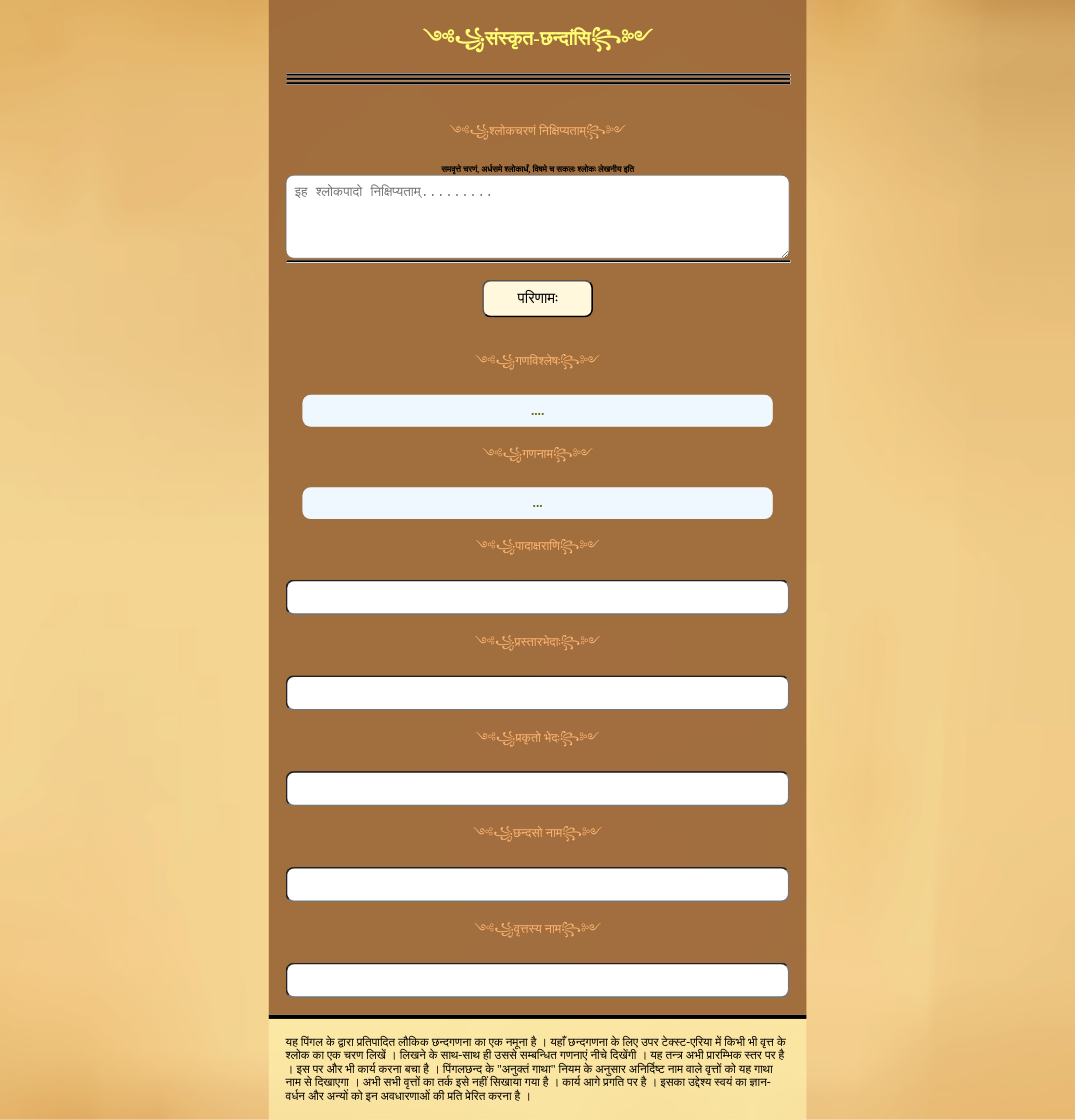
Repository: arshavak/pingala_chhand_shastram
Page: index.html
These files come from the project's save history. The page is drawn as it stood at one moment and after the next save; the edit follows.
The browser window is 1280 px wide. The pictures show the whole page, at 84% of full size.

Above is the page before, as saved 2024-10-20 17:05:30.

### index.html

<head>
<title>संस्कृत-छन्दांसि</title>
<meta name="viewport" content="width=device-width, initial-scale=1.0">

<link rel="stylesheet"  href="style.css">

</head>
<body>
<div class="contaner" id="contaner">

<h3>༺꧁संस्कृत-छन्दांसि꧂༻
</h3>
<hr><hr><hr><br>
<label for="h3">༺꧁श्लोकचरणं निक्षिप्यताम्꧂༻</label>
<b id="note">समवृत्ते चरणं, अर्धसमे श्लोकार्धं, विषमे च सकलः श्लोकः लेखनीय इति</b>
<textarea placeholder="इह श्लोकपादो निक्षिप्यताम्.........
" id="inp" onkeyup="lagabodhakam();"></textarea>
<hr>
<button id="btn" onclick="lagabodhakam()">परिणामः</button>
<label>༺꧁गणविश्लेषः꧂༻</label>
<h4 id="SI_vichched">....</h4>
<h4 id="falani"></h4>
<label>༺꧁गणनाम꧂༻</label>
<h4 id="fl">...</h4>
<label>༺꧁पादाक्षराणि꧂༻</label>
<input id="padaksharani" type="number"  readonly="" title="number"/>
<label>༺꧁प्रस्तारभेदाः꧂༻</label>
<input id="prastarabhedah" type="number" readonly="" title="number"/>
<label>༺꧁प्रकृतो भेदः꧂༻</label>
<input id="prakritobhedah" type="number" readonly="" title="number"/>
<label>༺꧁छन्दसो नाम꧂༻</label>
<input id="chhandasonama" type="text" readonly="" title="number"/>

<label>༺꧁वृत्तस्य नाम꧂༻</label>
<input id="vname" type="text" readonly="" title="number"/>
<span id="ktmtest"></span>

</div>

<div class="vivaran">

 <p>
     यह पिंगल के द्वारा प्रतिपादित लौकिक छन्दगणना का एक नमूना है ।
     यहाँ छन्दगणना के लिए उपर टेक्स्ट-एरिया में किभी भी वृत्त के  श्लोक का एक चरण लिखें । लिखने के साथ-साथ ही उससे सम्बन्धित गणनाएं नीचे  दिखेंगी । यह तन्त्र अभी प्रारम्भिक स्तर पर है । इस पर और भी कार्य करना बचा है । पिंगलछन्द के "अनुक्तं गाथा" नियम के अनुसार अनिर्दिष्ट नाम वाले वृत्तों  को यह गाथा नाम से दिखाएगा । अभी सभी वृत्तों का तर्क इसे नहीं सिखाया गया है । कार्य आगे प्रगति पर है । इसका उद्देश्य स्वयं का ज्ञान-वर्धन और अन्यों को इन अवधारणाओं की प्रति प्रेरित करना है ।

 </p>

</div>
<script src="Javascript files/main-script.js"></script>
<script src="Javascript files/vritt-script.js"></script>
<script src="Javascript files/gan-script.js"></script>
</body>

### style.css


*{
  padding: 0;
  margin: 0;

}

body {
  background-image: url("fotos/bgchh.png");
  background-position: center;
  background-repeat: no-repeat;

  background-size: cover;
  font-size: 20px;
}
label {
  margin-top: 15px;
  margin-bottom: 15px;
  display: block;
  font-size: 15px;
  color:#ffb670;
}

#note{
  font-size: 10px;
  margin-top: 0px;
}

textarea {
  min-width: 100%;
  resize: vertical;
  min-height: 100px;
  padding: 10px;
  border-radius: 10px;
  font-size: 16px;
}

input{
  outline: none;
  width: 100%;
  padding: 10px;
  border-radius: 10px;
  font-size: 16px;
}

#btn{
  margin: 20px;
  background-color: cornsilk;
  display: inline-block;
  padding: 10px 40px;
  border-radius: 10px;
  font-weight: 400px;
  font-size: 18px;
  cursor: pointer;
  transition: background-color 0.3s ease;
}

#btn :hover{
  background-color: #f9b93f;
}
#btn :active{
   transform: calc(.2);
}
.contaner{
  padding: 20px;
  position: relative;
  text-align: center;
  background-color: #9d693af0;
  max-width: 600px;
  margin: auto;

}
.vivaran{
  background-color: rgba(255, 241, 174, 0.686);
/* color: rgb(2, 98, 98); */
padding: 20px;
font-size: 14px;
max-width: 600px;
  margin: auto;
  border-top:5px solid #000000;
}

#falani{
  display:none
}
#ktmtest{
  font-size:0px;
}

h3{
  color:#fffd73;
}

h4 {
  color:#696700;
  margin: auto;
  word-wrap:break-word;
  font-weight:900;
  overflow-x:hidden;
  background-color: aliceblue;
  outline: none;
  width: 90%;
  padding: 10px;
  border-radius: 10px;
  font-size: 16px;
}

hr{
  background-color: #000000;
  height: 2px;
  width: 100%;
  border-radius: 20px;
  margin-top: 1px;
}

### Javascript files/gan-script.js
function gan(){
document.getElementById("fl").innerHTML="";
var x = document.getElementById("falani").innerText;
x=x.match(/.{1,3}/g);
var falam = document.getElementById("fl");
document.getElementById("SI_vichched").innerText=x;
for(var i = 0; i<x.length; i++){
if(x[i]=="ISI"){
falam.innerHTML+=`<b class="alrt" onclick="alert('कदा स ज्')">जगण</b>`;
}else
if(x[i]=="SSS"){
falam.innerHTML+= `<b class="alrt" onclick="alert('धीश्रीस्त्री म्')">मगण</b>`;
}else
if(x[i]=="ISS"){
falam.innerHTML+=`<b class="alrt" onclick="alert('वरा सा य्')">यगण</b>`;
}else

if(x[i]=="SIS"){
falam.innerHTML+=`<b class="alrt" onclick="alert('का गुहा र्')">रगण</b>`;
}else

if(x[i]=="IIS"){
falam.innerHTML+=`<b class="alrt" onclick="alert('वसुधा स्')">सगण</b>`;
}else

if(x[i]=="SSI"){
falam.innerHTML+=`<b class="alrt" onclick="alert('सा ते क्व त्')">तगण</b>`;
}else

if(x[i]=="SII"){
falam.innerHTML+=`<b class="alrt" onclick="alert('किं वद भ्')">भगण</b>`;
}else

if(x[i]=="III"){
falam.innerHTML+=`<b class="alrt" onclick="alert('न हसन्')">नगण</b>`;
}else

if(x[i]=="S"){
falam.innerHTML+=`<b class="alrt" onclick="alert('गन्ते , ध्रादिपरः , हे ')">गुरु</b>`;
}else

if(x[i]=="SS"){
falam.innerHTML+=`<b class="alrt" onclick="alert('गन्ते , ध्रादिपरः , हे ')">गुरुगुरु</b>`;
}else

if(x[i]=="SI"){
falam.innerHTML+=`<b class="alrt" onclick="alert('लघुगुरु')"> गुरुलघु</b>`;
}else

if(x[i]=="IS"){
falam.innerHTML+=`<b class="alrt" onclick="alert('लघुगुरु ')">लघुगुरु </b>`;
}else

if(x[i]=="II"){
falam.innerHTML+=`<b class="alrt" onclick="alert('लघु लघु')">लघु लघु</b>`;
}else

if(x[i]=="I"){
falam.innerHTML+=`<b class="alrt" onclick="alert('लघु')">लघु</b>`;
}else{
falam.innerHTML="......";
}}}

Loaded but not shown: Javascript files/main-script.js (no copy from this time; the picture is the same without it); Javascript files/vritt-script.js (no copy from this time; the picture is the same without it)

After the next save:
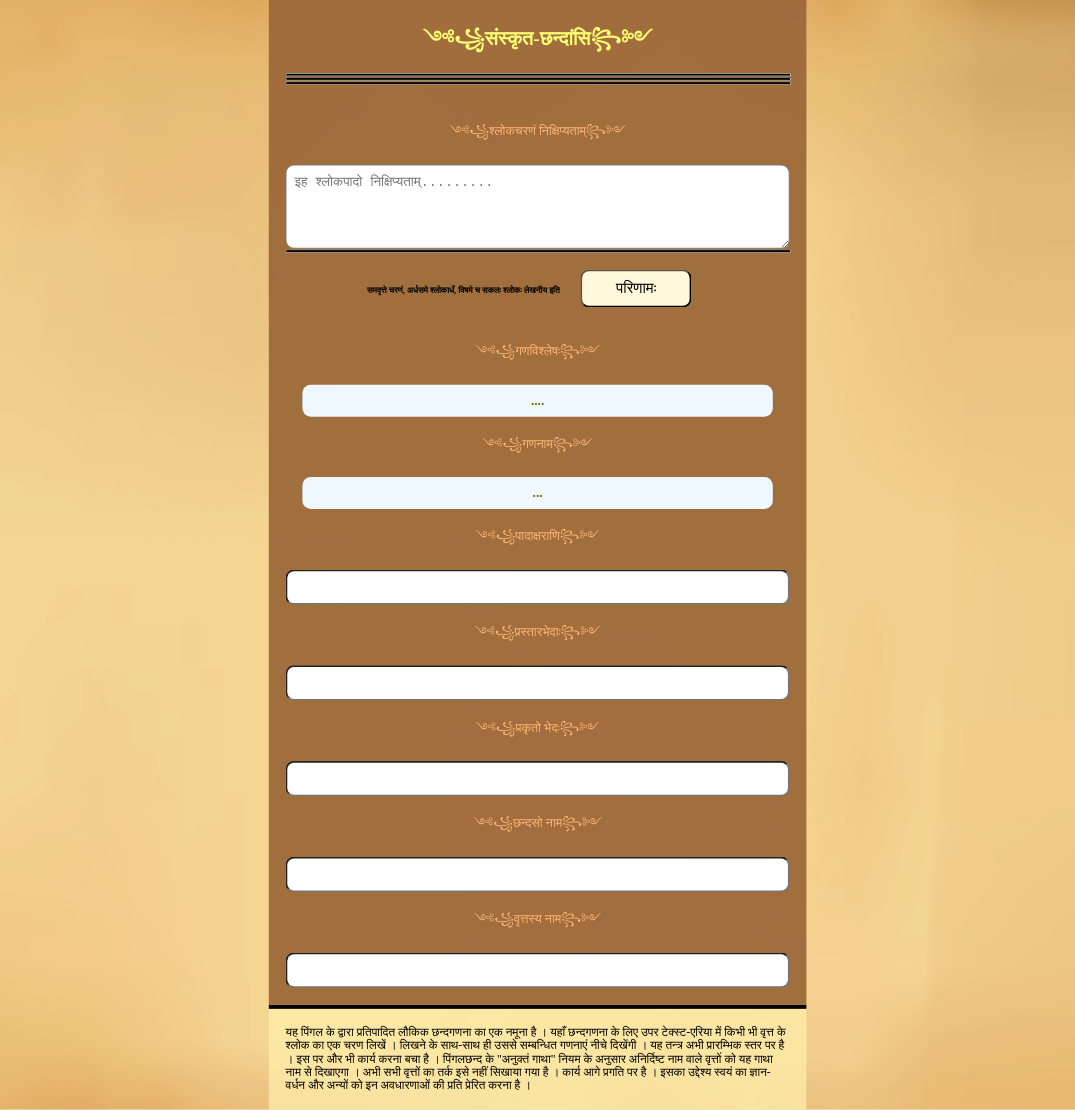
Saved 35 s later.
--- a/index.html
+++ b/index.html
@@ -13,10 +13,11 @@
 </h3>
 <hr><hr><hr><br>
 <label for="h3">༺꧁श्लोकचरणं निक्षिप्यताम्꧂༻</label>
-<b id="note">समवृत्ते चरणं, अर्धसमे श्लोकार्धं, विषमे च सकलः श्लोकः लेखनीय इति</b>
+
 <textarea placeholder="इह श्लोकपादो निक्षिप्यताम्.........
 " id="inp" onkeyup="lagabodhakam();"></textarea>
 <hr>
+<b id="note">समवृत्ते चरणं, अर्धसमे श्लोकार्धं, विषमे च सकलः श्लोकः लेखनीय इति</b>
 <button id="btn" onclick="lagabodhakam()">परिणामः</button>
 <label>༺꧁गणविश्लेषः꧂༻</label>
 <h4 id="SI_vichched">....</h4>
